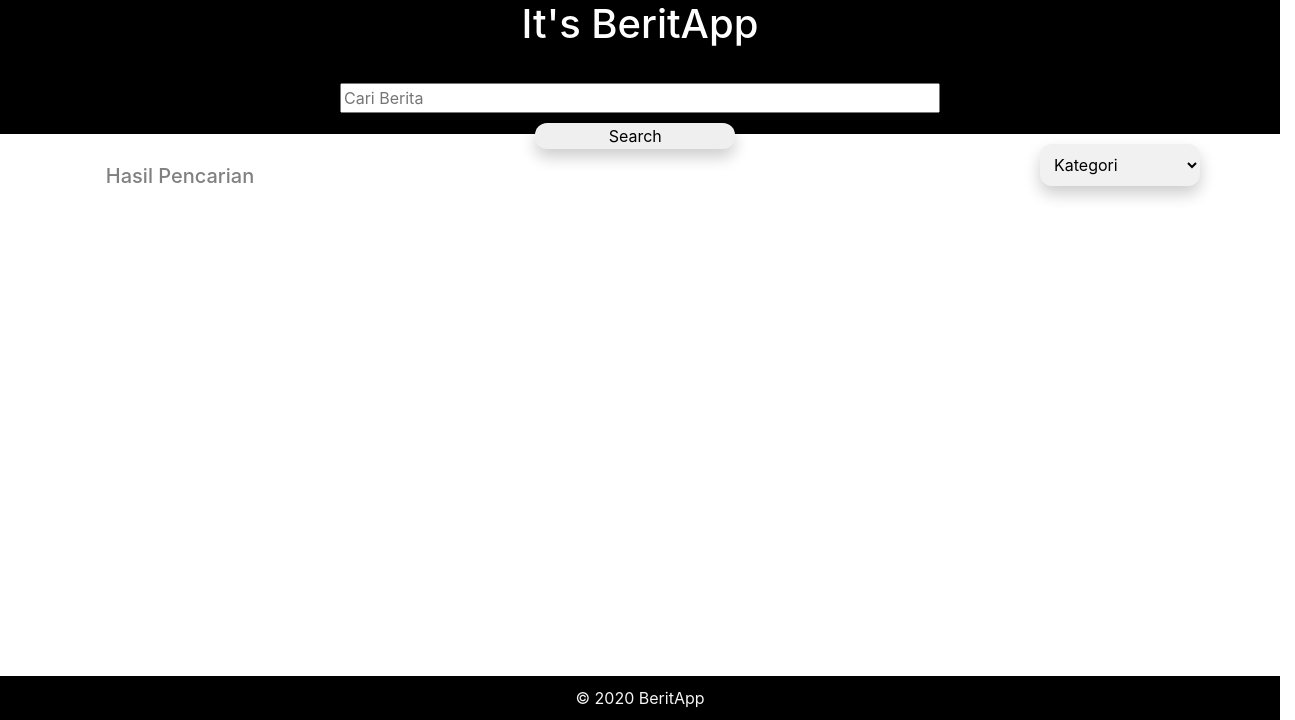
Repository: faalihnst/berita
Page: /
The author's editor kept a copy of each file at every save. The page is drawn from the files as they stood at one save, then again after the next save.
The browser window is 1280 px wide. The page is 1295 px wide, so the pictures cover 1295 px, including what lies to the right of the window. The pictures show the whole page.
The project was rebuilt for these pictures with package versions that can differ from the ones it lists, and the page was loaded fresh each time.

Above is the page before, as saved 2020-06-05 07:47:52.

### src/App.js
import React from 'react';
import './assets/style.css';

import 'bootstrap/dist/css/bootstrap.min.css';
// import { MDBCol, MDBFormInline, MDBIcon } from "mdbreact";

import { BrowserRouter as Router, Route } from "react-router-dom";

import Homepage from "./pages/homepage";
// import Login from "./Pages/login";
// import Skripsi from "./Pages/skripsi";

function App() {

  return (
    <div className="App">
      <Router>
        <Route exact path="/" component={Homepage}></Route>
        {/* <Route exact path="/Login" component={Login}></Route>
        <Route exact path="/Skripsi" component={Skripsi}></Route> */}
      </Router>
    </div>
  );
}

export default App;

### src/assets/style.css
.WebContainer{
  width: 100%;
  height: auto;
}

.container1{
  overflow: hidden;
}

body {
  margin: 0;
  font-family: Roboto, Helvetica, sans-serif;
}

.dropdown{
  align-items: center;
}

  /* Increase the font size of the heading */
.header h1 {
  font-size: 40px;
  color: white;
}

.judul{
  font-weight: bold;
}

.col-md-10{
  margin-left: 80px;
  margin-top: 10px;
  padding: 10px;
  border-bottom: 1.5pt solid #E4DFDA;
}

.col-md-5{
  padding: 5px;
  margin-top: 10px;
  margin-left: 1px;
}

.col-md-2{
  padding: 5px;
  margin-top: 10px;
  margin-left: 15px;
}

.result{
  color: grey;
}

.content{
  margin-top: 80px;
}

h5{
  padding: 20px;
  margin-left: 40px;
}

footer{
  background-color: black;
  color: whitesmoke;
  padding: 10px;
  margin-top: 110px;
  text-align: center;
  position: fixed;
  bottom: 0;
  left: 0;
  width: 100%;
}

form{
  margin-top: 20px;
  transform: translateY(15px);
}

input#titleBar{
  width: 600px;
}

input#nameBar{
  width: 300px;
  margin-left: 255px;
  margin-right: 0px;
}

input#npmBar{
  width: 250px;
  margin-right: 220px;
}

.row{
  margin-top: 10px;
}

.header{
  text-align: center;
  background-color: black;
  align-content: center;
}

.button#search{
  margin-top: 0%;
  margin-left: 42%;
  width: 200px;
  border-radius: 12px;
  border: none;
  box-shadow: 0px 8px 16px 0px rgba(0,0,0,0.2);
  z-index: 1;
}

.grid-container{
  grid-template-columns: auto auto;
}

.column-left{
  float: left;
  width: 25%;
  padding: 10px;
}

.then-right:after{
  display: table;
  clear: both;
}

/*dropdown*/
.dropbtn {
  background-color: #f1f1f1;
  color: black;
  padding: 10px;
  font-size: 16px;
  border: none;
  min-width:160px;
  border-radius: 12px;
  box-shadow: 0px 8px 16px 0px rgba(0,0,0,0.2);
  z-index: 1;
}

.dropdown {
  position: relative;
  display: inline-block;
}

.dropdown-content {
  display: none;
  position: absolute;
  background-color: #f1f1f1;
  min-width: 100px;
  box-shadow: 0px 8px 16px 0px rgba(0,0,0,0.2);
  z-index: 1;
  border-radius: 12px;
  color: black;
  border: none;
}

.dropdown-content option {
  color: black;
  padding: 8px 10px;
  text-decoration: none;
  display: block;
}

/*.dropdown-content a:hover {
  background-color: rgb(38, 38, 63);
  border-radius: 12px;
  color: white;
}*/

.button#search:hover{
  background-color: rgb(38, 38, 63);
  border-radius: 12px;
  color: white;
}
.dropdown:hover .dropdown-content {display: block;}

.dropdown:hover .dropbtn {
  background-color: rgb(38, 38, 63);
  border-radius: 12px;
  color: white;
}
/* css login
.container#login{
  height:480px;
  margin-top: 40px;
  margin-bottom: 50px;
  background-color:#1abc9c;
  justify-content: space-between;
  flex-direction: column;
  display: flex;
}

img{
  width: 577;
  height: 433;
  margin-top: 80px;
  margin-left: -200px;
}

.welcome{
  transform: rotate(-90deg);
  margin-left: -250px;
  color: white;
}

.btn-login{
  justify-content: flex-end;
  display: flex;
  margin-bottom: 25px;
  margin-top: 30px;
  font-size: 24px;
  background-color: blue;
  color: white;

}

.form-word{
  margin-left: 0px;
  margin-top: -90px;
  font-size: 25px;
  color: white;
}

.form-group{
  margin-top: 120px;
  width: 100px;
}

 css skripsi

.col-md-8#title{
  margin-top: 30px;
  padding: 15px;
}

.btn-holder {
  justify-content: flex-end;
  display: flex;
  margin-right: 50px;
  margin-bottom: 50px;
}

p#judul{
  font-weight: bold;;
  margin-left: 15px;
  font-size: 18pt;
  color: white;
}

article#abstrak{
  margin-top: 15px;
  padding: 3px;
  font-style: italic;
}

.imgSkripsi{
  width: 300px;
  height: 400px;
  margin-top: 35px;
  margin-left: 10px;
}*/

### src/pages/homepage.js
import React, { useState } from "react";

import axios from "axios";
import qs from "qs";

export default function Homepage() {
  //aciganti
  const [value, setValue] = useState({
    news: [],
    title: "",
    date: "",
    link: "",
    category: "",
    author: "",
    abstract: "",
  });

  const getData = async () => {
    const BASE_URL = "http://localhost:3030/berita-app/query";

    const headers = {
      Accept: "application/sparql-results+json,*/*;q=0.9",
      "Content-Type": "application/x-www-form-urlencoded; charset=UTF-8",
    };

    const queryData = {
      query: `PREFIX news:<http://example.co.id/ns/newsdata>
            SELECT DISTINCT ?title ?date ?link ?category ?abstract ?author
            WHERE {
            ?news news:title ?title.
            ?news news:date ?date.
            ?news news:link ?link.
            ?news news:writtenby ?author.
			    	?news news:abstract ?abstract.
            ?news news:category ?category;
            FILTER contains(lcase(str(?category)), lcase(str("${value.category}")))
            FILTER contains(lcase(str(?title)), lcase(str("${value.title}")))
    }`,
    };

    try {
      const { data } = await axios(BASE_URL, {
        method: "POST",
        headers,
        data: qs.stringify(queryData),
      });
      console.log(data);

      // Convert Data
      const formatted_data = data.results.bindings.map((news, index) =>
        formatter(news, index)
      );
      console.log(formatted_data);

      setValue({
        ...value,
        news: formatted_data,
      });
    } catch (err) {
      console.error(err);
    }
  };

  const formatter = (news, index) => {
    return {
      id: index,
      title: news.title.value,
      date: news.date.value,
      link: news.link.value,
      category: news.category.value,
      author: news.author.value,
      abstract: news.abstract.value,
    };
  };

  const titleHandler = (event) => {
    setValue({
      ...value,
      title: event.target.value,
    });
  };

  const categoryHandler = (event) => {
    //handleChangeDate
    setValue({
      ...value,
      category: event.target.value,
    });
  };

  const content = value.news.map((news) => (
    <div className="container">
      <div key={news.id}>
        <div className="col-md-10">
          <div className="title">
            <a href={`${news.link}`}>{news.title}</a>
          </div>
          <div class="row">
            <div class="col-md-3">Preview</div>
            <div class="col-md-3">{news.category}</div>
            <div class="col-md-3">{news.date}</div>
            <div class="col-md-3">{news.author}</div>
          </div>
  <div class="row col-md-8">{news.abstract}</div>
        </div>
      </div>
    </div>
  ));
  // Layout
  return (
    <body>
      <div className="header">
        <h1>It's BeritApp</h1>

        {/* Search Form  */}
        <form>
          <div className="container">
            <div className="row">
              <div className="col">
                <input
                  setValue={value.title}
                  placeholder="Cari Berita"
                  type="text"
                  id="titleBar"
                  onChange={titleHandler}
                />
              </div>
            </div>
          </div>
          <div className="row">
            <input
              type="button"
              className="button col-xs-1 text-center"
              id="search"
              value="Search"
              onClick={getData}
            />
          </div>
        </form>
      </div>

      {/* Hasil Pencarian */}
      <div class="result col-xs-1 text-center">
        <div class="then-right">
          <div class="column-left">
            <h5>Hasil Pencarian</h5>
          </div>
          <div class="column-left"></div>
          <div class="column-left"></div>
          <div class="column-left">
            <div class="dropdown">
              <select
                setValue={value.category}
                className="dropbtn"
                id="category"
                onChange={categoryHandler}
              >
                <option value="">Kategori</option>
                <option value="Kesehatan">Kesehatan</option>
                <option value="Teknologi">Teknologi</option>
                <option value="Sains">Sains</option>
                <option value="Olahraga">Olahraga</option>
                <option value="Otomotif">Ootomotif</option>
                <option value="Ekonomi">Ekonomi</option>
                <option value="Properti">Properti</option>
                <option value="Travel">Travel</option>
                <option value="Politik">Politik</option>
              </select>
            </div>
          </div>
        </div>
      </div>
      <div className="content col-xs-1 text-center">{content}</div>
      {/* Footer */}
      <footer>
        <div className="footer-copyright">&copy; 2020 BeritApp</div>
      </footer>
    </body>
  );
}

Loaded but not shown: public/index.html (common file); src/index.js (common file); src/index.css (common file); src/serviceWorker.js (common file)

After the next save:
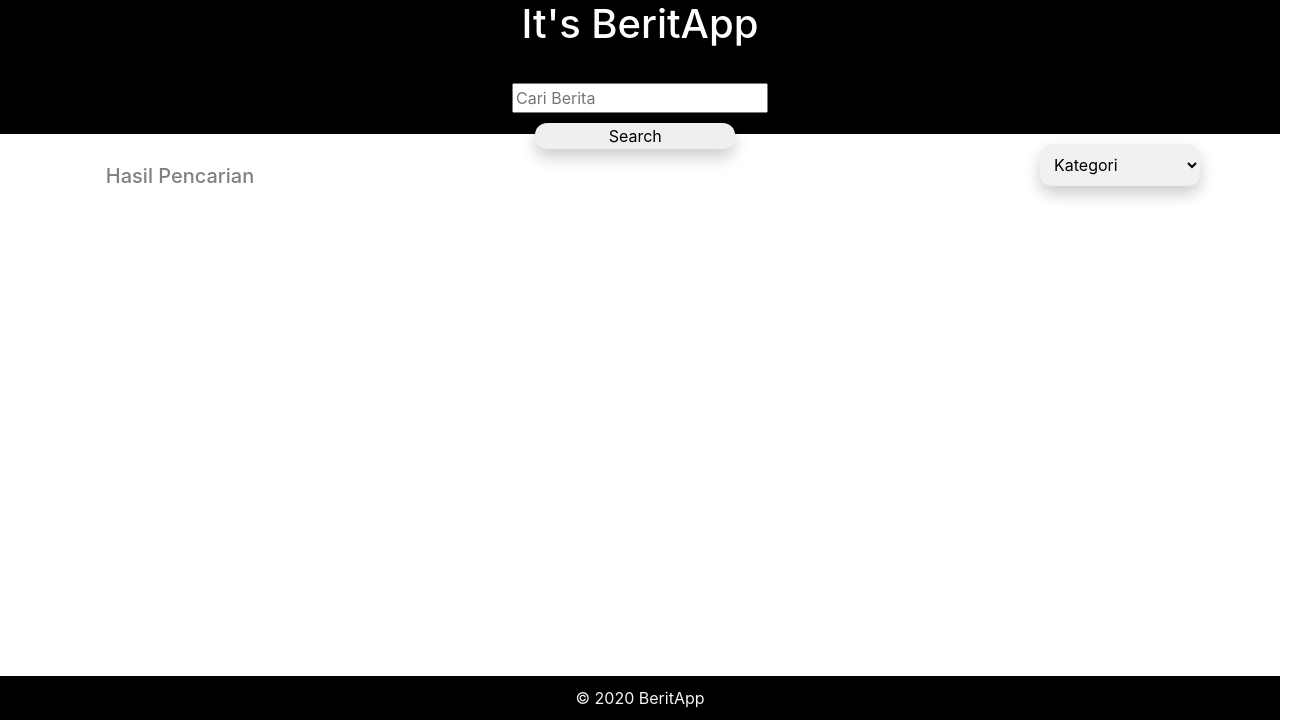
Saved 4 min 16 s later.
--- a/src/assets/style.css
+++ b/src/assets/style.css
@@ -31,6 +31,9 @@
   margin-top: 10px;
   padding: 10px;
   border-bottom: 1.5pt solid #E4DFDA;
+}
+.col-md-8{
+  margin-left: 80px;
 }
 
 .col-md-5{
@@ -75,20 +78,6 @@
   transform: translateY(15px);
 }
 
-input#titleBar{
-  width: 600px;
-}
-
-input#nameBar{
-  width: 300px;
-  margin-left: 255px;
-  margin-right: 0px;
-}
-
-input#npmBar{
-  width: 250px;
-  margin-right: 220px;
-}
 
 .row{
   margin-top: 10px;
@@ -180,83 +169,3 @@
   border-radius: 12px;
   color: white;
 }
-/* css login
-.container#login{
-  height:480px;
-  margin-top: 40px;
-  margin-bottom: 50px;
-  background-color:#1abc9c;
-  justify-content: space-between;
-  flex-direction: column;
-  display: flex;
-}
-
-img{
-  width: 577;
-  height: 433;
-  margin-top: 80px;
-  margin-left: -200px;
-}
-
-.welcome{
-  transform: rotate(-90deg);
-  margin-left: -250px;
-  color: white;
-}
-
-.btn-login{
-  justify-content: flex-end;
-  display: flex;
-  margin-bottom: 25px;
-  margin-top: 30px;
-  font-size: 24px;
-  background-color: blue;
-  color: white;
-
-}
-
-.form-word{
-  margin-left: 0px;
-  margin-top: -90px;
-  font-size: 25px;
-  color: white;
-}
-
-.form-group{
-  margin-top: 120px;
-  width: 100px;
-}
-
- css skripsi
-
-.col-md-8#title{
-  margin-top: 30px;
-  padding: 15px;
-}
-
-.btn-holder {
-  justify-content: flex-end;
-  display: flex;
-  margin-right: 50px;
-  margin-bottom: 50px;
-}
-
-p#judul{
-  font-weight: bold;;
-  margin-left: 15px;
-  font-size: 18pt;
-  color: white;
-}
-
-article#abstrak{
-  margin-top: 15px;
-  padding: 3px;
-  font-style: italic;
-}
-
-.imgSkripsi{
-  width: 300px;
-  height: 400px;
-  margin-top: 35px;
-  margin-left: 10px;
-}*/

After the 4 saves that followed:
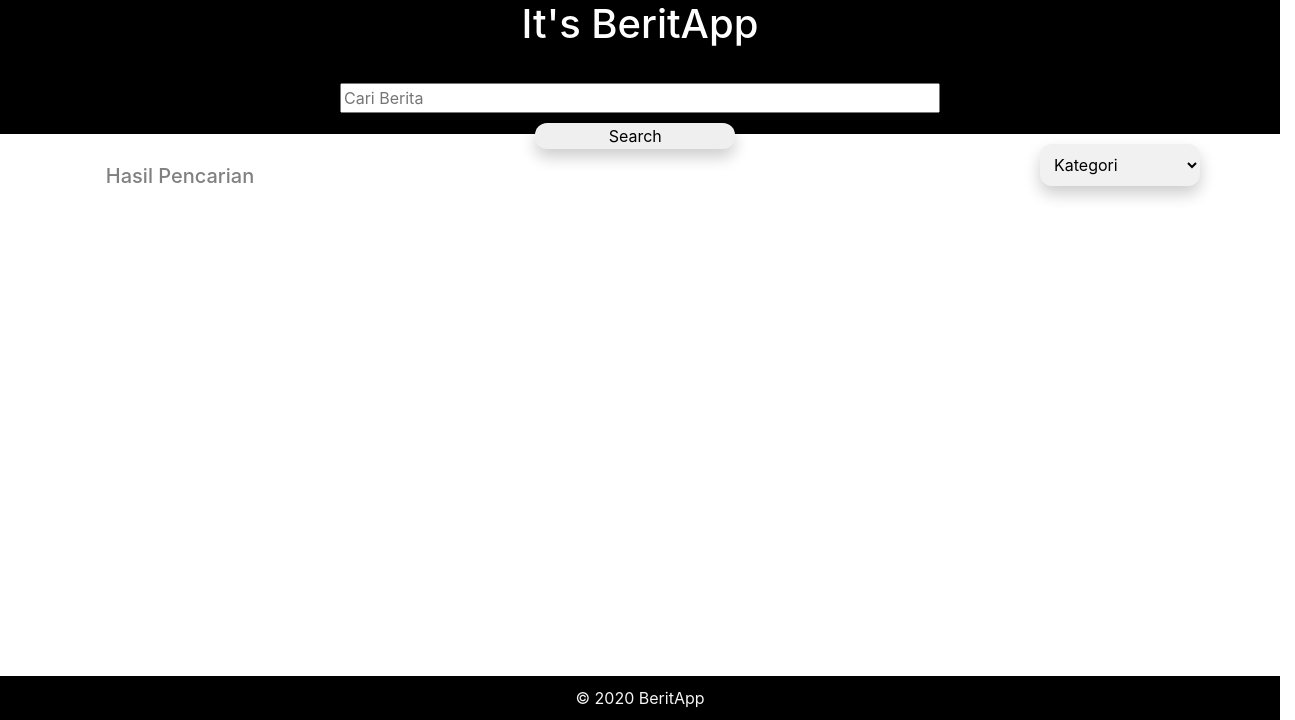
The 4 saves are shown as one change because 3 left the picture as it was.
The last was saved 99 s later.
--- a/src/assets/style.css
+++ b/src/assets/style.css
@@ -31,9 +31,6 @@
   margin-top: 10px;
   padding: 10px;
   border-bottom: 1.5pt solid #E4DFDA;
-}
-.col-md-8{
-  margin-left: 80px;
 }
 
 .col-md-5{
@@ -78,6 +75,20 @@
   transform: translateY(15px);
 }
 
+input#titleBar{
+  width: 600px;
+}
+
+input#nameBar{
+  width: 300px;
+  margin-left: 255px;
+  margin-right: 0px;
+}
+
+input#npmBar{
+  width: 250px;
+  margin-right: 220px;
+}
 
 .row{
   margin-top: 10px;
